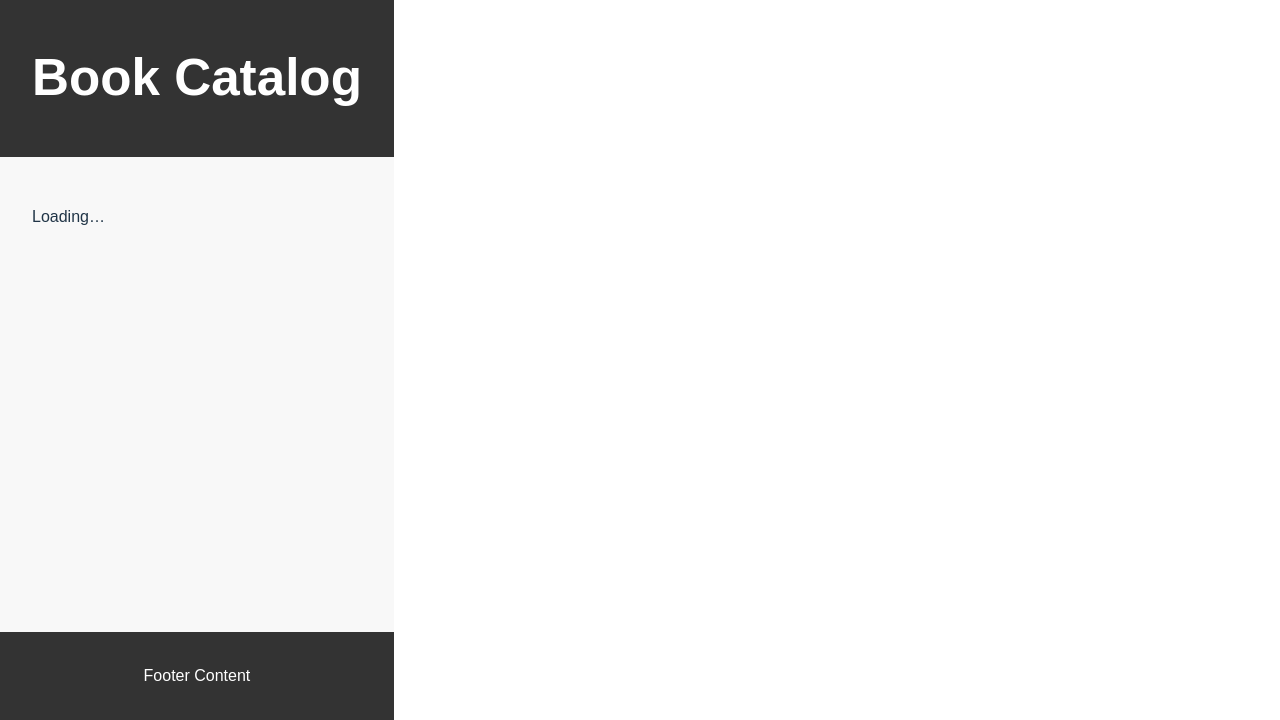
Repository: primcharlin/COMP3170_Lab_Assignment_Components
Page: /
These files come from the project's save history. The page is drawn as it stood at one moment and after the next save; the edit follows.
The browser window is 1280 px wide. The pictures show the whole page.
The page's requests for data from a server got no answer. The project was rebuilt for these pictures with package versions that can differ from the ones it lists, and the page was loaded fresh each time. No one was signed in, and anything a server would have sent is missing. Also part of the build but not shown: vite.config.js.

Above is the page before, as saved 2025-09-12 02:43:38.

After the next save:
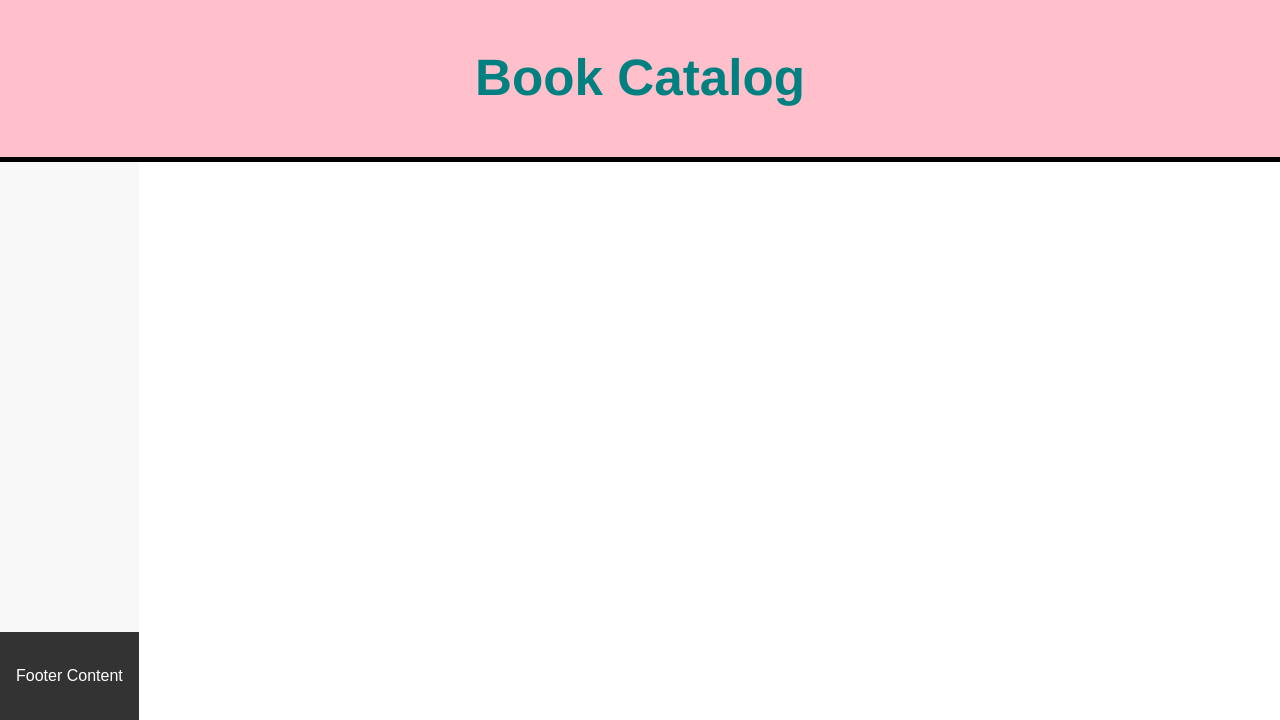
Saved 89 s later.
--- a/src/App.css
+++ b/src/App.css
@@ -54,10 +54,18 @@ img {
 }
 
 .app-header {
-    background-color: #333;
-    color: white;
-    padding: 1rem 2rem;
+    position: fixed;
+    top: 0;
+    left: 0;
+    width: 100vw;
+    z-index: 1000;
+    padding: 1em;
+    color: teal;
+    background: pink;
+    border-bottom: 5px solid black;
+    box-sizing: border-box;
     text-align: center;
+    font-family: Helvetica, sans-serif;
 }
 
 .content {
@@ -80,6 +88,12 @@ img {
     display: flex;
     flex-direction: column;
     transition: transform 0.2s ease;
+
+    position: relative;
+    width: 200px;
+    height: 300px;
+    padding: 0.4rem;
+    border: 1px solid #3a4660;
 }
 .book:hover {
     transform: translateY(-4px);
